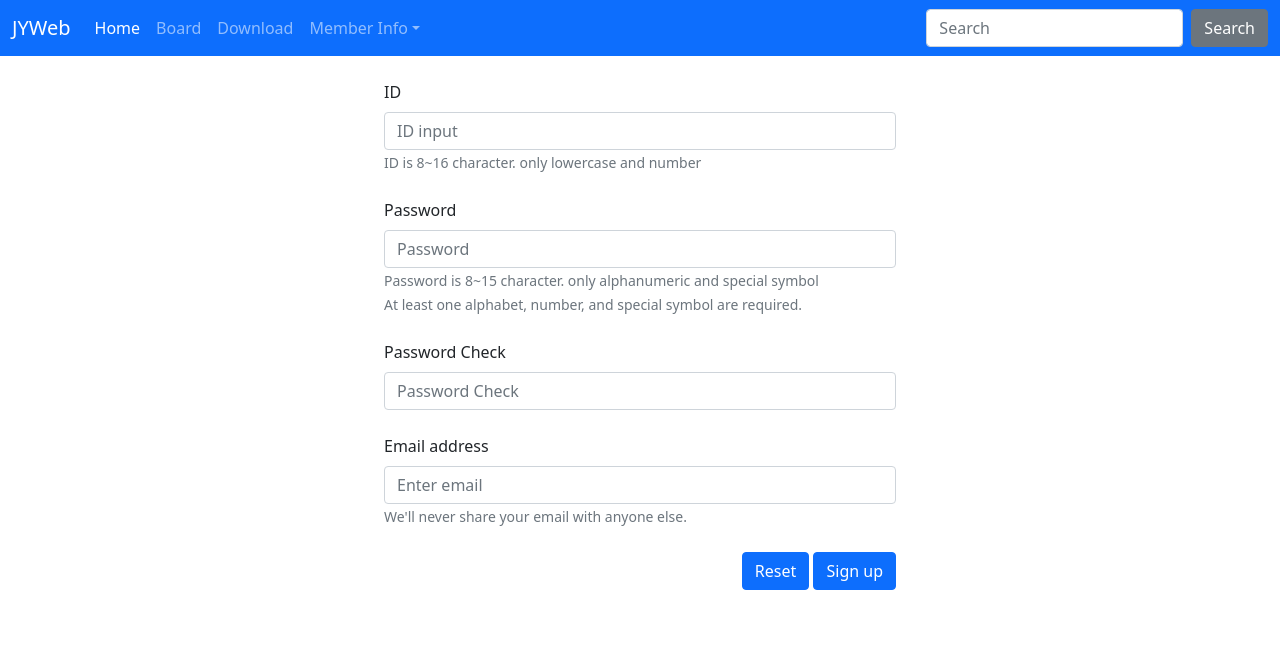
Repository: kjy4926/Javastudy
Page: http://localhost/web_service/signupform
The author's editor kept a copy of each file at every save. The page is drawn from the files as they stood at one save, then again after the next save.
The browser window is 1280 px wide. The pictures show the whole page.
The page is served by Tomcat 9.

Above is the page before, as saved 2022-06-03 02:43:48.

After the next save:
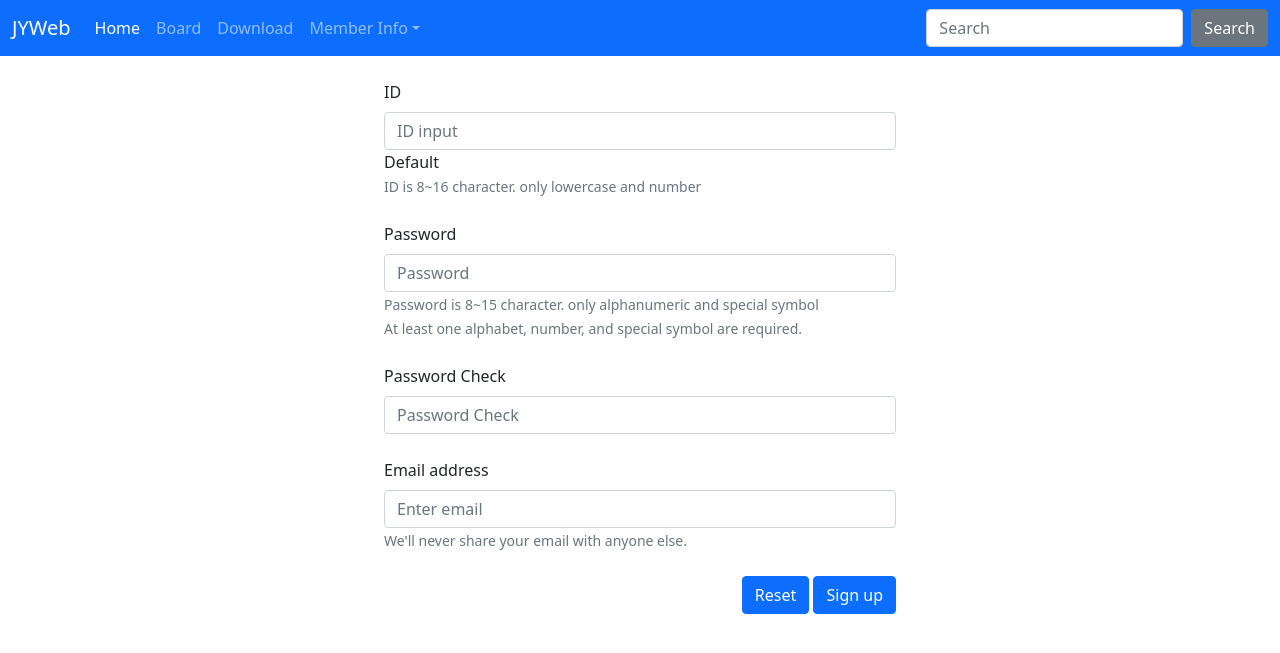
Saved 25 s later.
--- a/jspworkspace/web_service/WebContent/docs/signup.jsp
+++ b/jspworkspace/web_service/WebContent/docs/signup.jsp
@@ -30,7 +30,7 @@
 				 <label class="form-label mt-4" for="inputID">ID</label>
 				 <input type="text" placeholder="ID input" class="form-control" id="inputID" name="id"
 				 	pattern="^[a-z][a-z0-9]{7,15}$" oninput="idDuplicateCheck(this.form)" required>
-				 <div id="idResultDiv" class="invalid-feedback"><span id="idResult">Default</span></div>
+				 <div id="idResultDiv" class=""><span id="idResult">Default</span></div>
 			  </div>
 			  <small id="idHelp" class="form-text text-muted">ID is 8~16 character. only lowercase and number</small>
 			  <input type="hidden" id="dupflag" name="dupck" value="0">

After the save that followed:
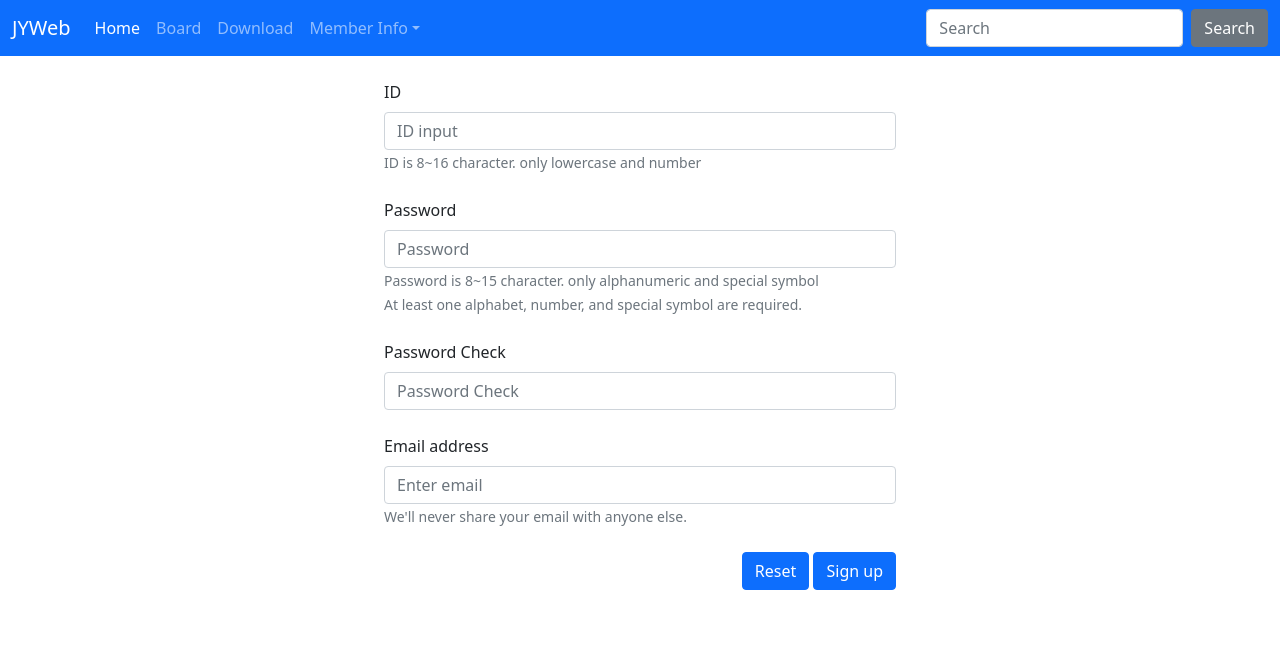
Saved 14 s later.
--- a/jspworkspace/web_service/WebContent/docs/signup.jsp
+++ b/jspworkspace/web_service/WebContent/docs/signup.jsp
@@ -26,11 +26,11 @@
 	<section class="loginform">
 		<form method="post" name="signup-form" onsubmit="return signUp(this)" action="signup">
 			<div class="form-group">
-			  <div class="form-group">
+			  <div class="form-group has-success">
 				 <label class="form-label mt-4" for="inputID">ID</label>
 				 <input type="text" placeholder="ID input" class="form-control" id="inputID" name="id"
 				 	pattern="^[a-z][a-z0-9]{7,15}$" oninput="idDuplicateCheck(this.form)" required>
-				 <div id="idResultDiv" class=""><span id="idResult">Default</span></div>
+				 <div id="idResultDiv" class="invalid-feedback"><span id="idResult">Default</span></div>
 			  </div>
 			  <small id="idHelp" class="form-text text-muted">ID is 8~16 character. only lowercase and number</small>
 			  <input type="hidden" id="dupflag" name="dupck" value="0">
